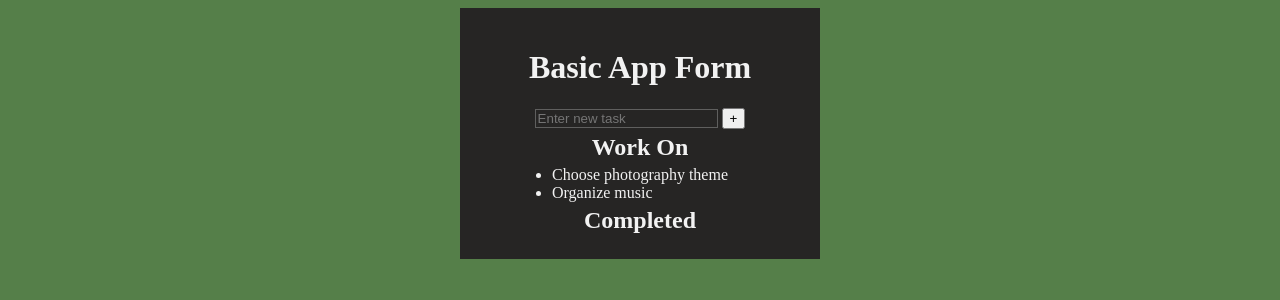
Repository: Kayla-amr/dgm_3760
Page: todoTemplate-W2/index.html
The author's editor kept a copy of each file at every save. The page is drawn from the files as they stood at one save, then again after a run of saves.
The browser window is 1280 px wide. The pictures show the whole page.

Above is the page before, as saved 2022-10-17 17:23:05.

After the next 2 saves:
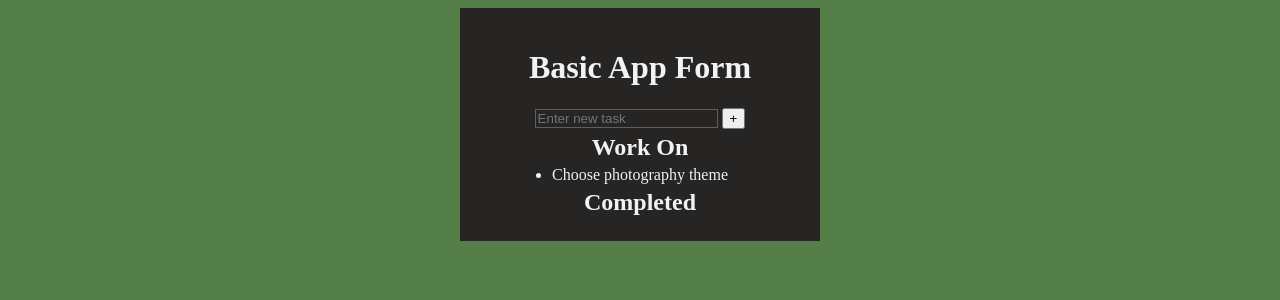
The 2 saves are shown as one change because they came seconds apart.
The last was saved 9 s later.
--- a/todoTemplate-W2/index.js
+++ b/todoTemplate-W2/index.js
@@ -28,11 +28,11 @@ function displayTodos(todos) {
 	//for each todo in the array, add it to the container UL
 	todos.forEach(function(myTask) {
     if (myTask.status != true) {
-
+      todoTaskUl.innerHTML += `<li data-todoId='${myTask.id}'> ${myTask.name} </li>`;
     } else {
 
     }
-		todoTaskUl.innerHTML += `<li data-todoId='${myTask.id}'> ${myTask.name} </li>`;
+
 	});
 }
 
